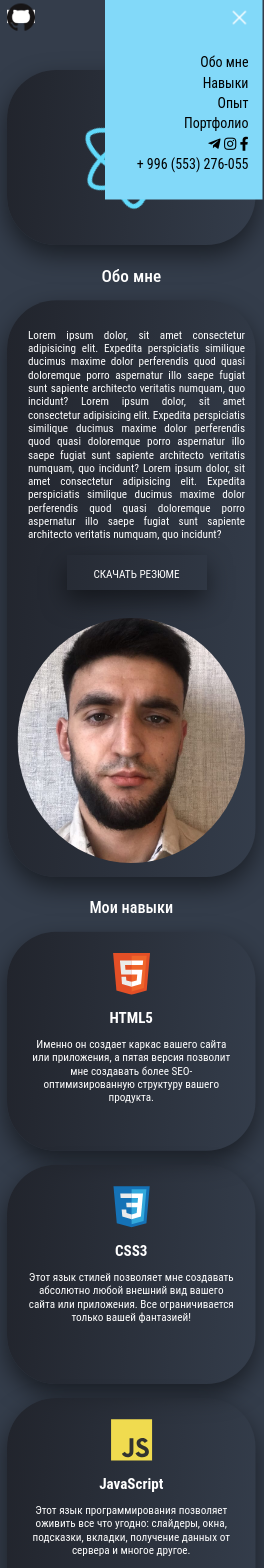
Repository: aligadzhiev0595/my-portfolio
Page: index.html
These files come from the project's save history. The page is drawn as it stood at one moment and after the next save; the edit follows.
The browser window is 375 px wide. The page is 377 px wide, so the pictures cover 377 px, including what lies to the right of the window. The pictures show the part of the page from y = 0 to 2240 px (the page is 5534 px tall), at 70% of full size.
After loading, the first visible `div.burger` was clicked once.
The style sheet was rebuilt from its Sass, Less or Tailwind sources for each picture, by a compiler version that may differ from the author's.

Above is the page before, as saved 2021-05-09 23:05:58.
Console error: TypeError: Cannot read properties of null (reading 'classList')

After the next save:
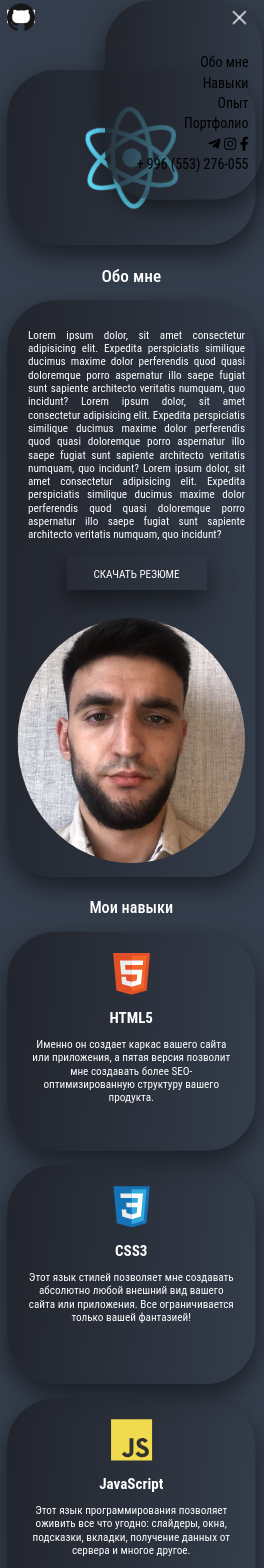
Saved 14 s later.
--- a/src/scss/_media.scss
+++ b/src/scss/_media.scss
@@ -14,7 +14,9 @@
             top: 0;
             padding-top: 60px;
             padding-right: 20px;
-            background: rgba(130, 217, 249, 1);
+            background: linear-gradient(95deg, rgb(33, 36, 44) 0%, rgba(15, 15, 16, 0) 100%);
+        box-shadow: 0 15px 35px rgba(0, 0, 0, 0.5);
+        border-radius: 70px;
             width: 60%;
             padding-bottom: 40px;
             font-size: 20px;
